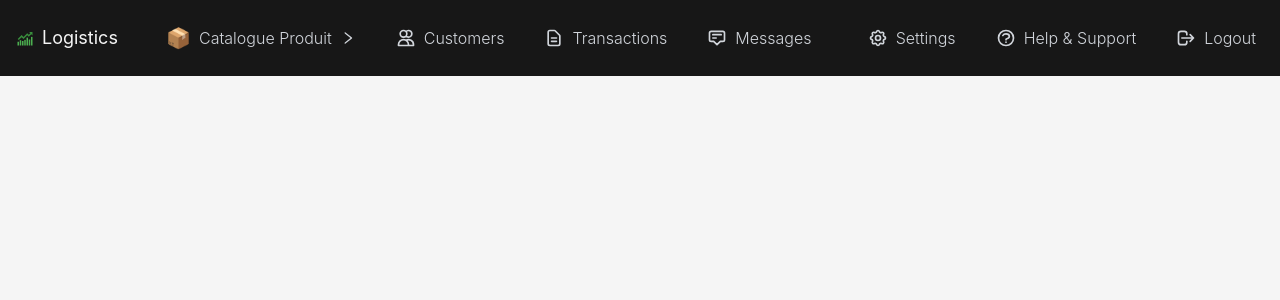
Repository: Mayar2222/Dashboard
Page: /
An editor plug-in stored every save of this project. The page is shown before and after the next save, followed by the edit.
The browser window is 1280 px wide. The pictures show the whole page.
Pictures or frames that could not be fetched are drawn as grey boxes. The project was rebuilt for these pictures with package versions that can differ from the ones it lists, and the page was loaded fresh each time. Also part of the build but not shown: src/components/CatalogueProduits.jsx, src/components/Categories.jsx.

Above is the page before, as saved 2024-07-28 16:16:31.

After the next save:
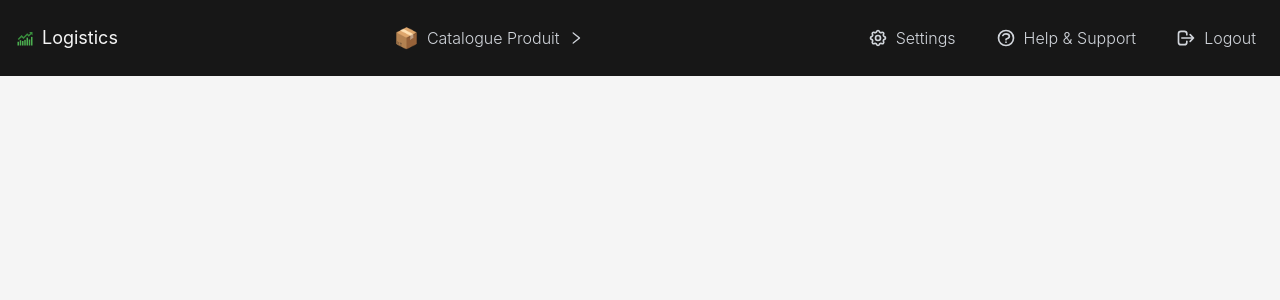
Saved 13 s later.
--- a/src/lib/consts/navigation.jsx
+++ b/src/lib/consts/navigation.jsx
@@ -1,11 +1,7 @@
 import {
-	HiOutlineAnnotation,
 	HiOutlineCog,
 	HiOutlineCube,
-	HiOutlineDocumentText,
-	HiOutlineQuestionMarkCircle,
-	HiOutlineShoppingCart,
-	HiOutlineUsers
+	HiOutlineQuestionMarkCircle
 } from 'react-icons/hi'
 
 export const DASHBOARD_SIDEBAR_LINKS = [
@@ -18,24 +14,7 @@ export const DASHBOARD_SIDEBAR_LINKS = [
 	},
 
 
-	{
-		key: 'customers',
-		label: 'Customers',
-		path: '/customers',
-		icon: <HiOutlineUsers />
-	},
-	{
-		key: 'transactions',
-		label: 'Transactions',
-		path: '/transactions',
-		icon: <HiOutlineDocumentText />
-	},
-	{
-		key: 'messages',
-		label: 'Messages',
-		path: '/messages',
-		icon: <HiOutlineAnnotation />
-	}
+
 ]
 
 export const DASHBOARD_SIDEBAR_BOTTOM_LINKS = [
